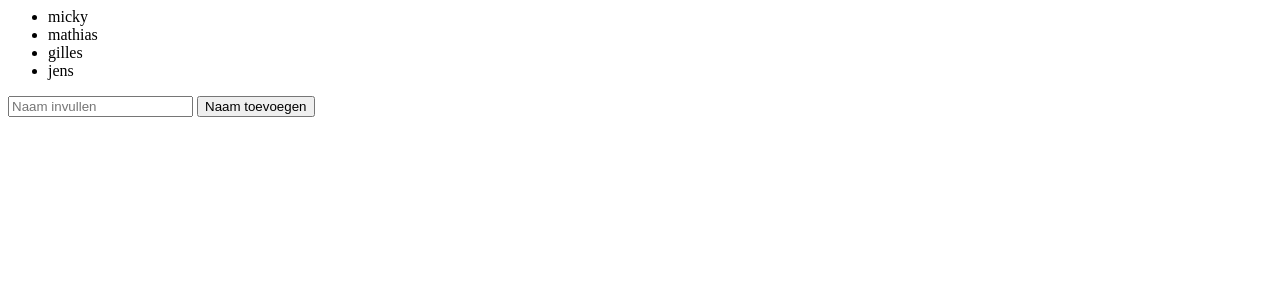
Repository: Mvangramberen/Workspace-Ecplise
Page: Angular/index.html
These files come from the project's save history. The page is drawn as it stood at one moment and after the next save; the edit follows.
The browser window is 1280 px wide. The pictures show the whole page.
Some web libraries are served in a nearby version.

Above is the page before, as saved 2016-11-05 18:55:58.

After the next save:
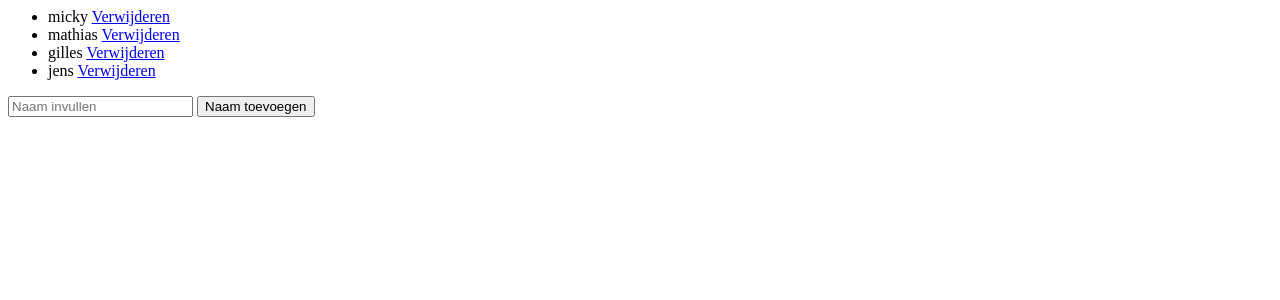
Saved 4 min 39 s later.
--- a/Angular/index.html
+++ b/Angular/index.html
@@ -17,7 +17,7 @@
 <div >
 
 	<ul>
-	<li ng-repeat="naam in namen">{{naam}}</li>
+	<li ng-repeat="naam in namen">{{naam}} <a href="verwijderNaam()">Verwijderen</a></li>
 	</ul>
 
 	<form ng-submit="naamToevoegen()">
